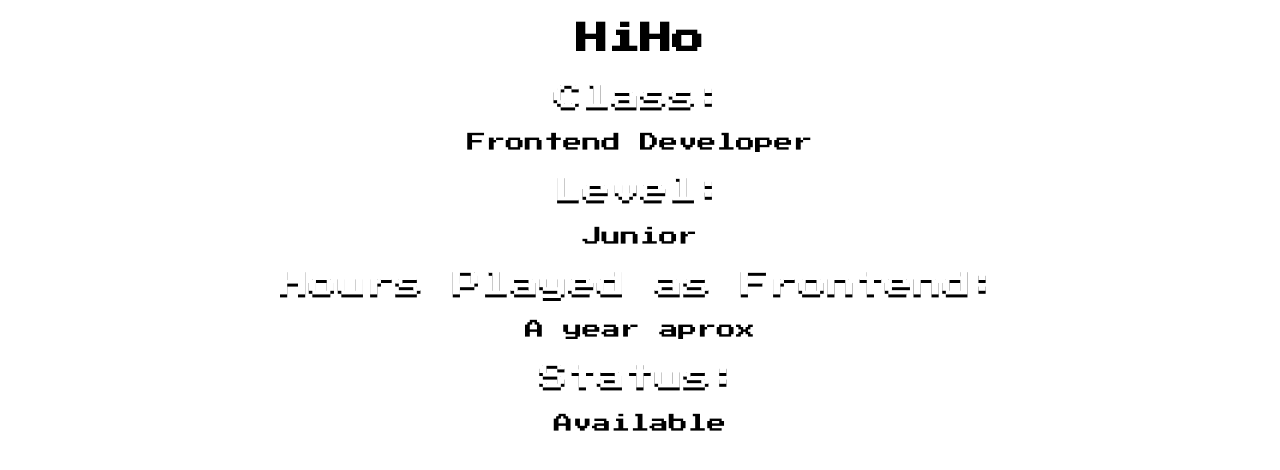
Repository: sernalab/soon
Page: index.html
The author's editor kept a copy of each file at every save. The page is drawn from the files as they stood at one save, then again after the next save.
The browser window is 1280 px wide. The pictures show the whole page.
Some web fonts or font styles are not loaded; a fallback is used.

Above is the page before, as saved 2018-12-24 01:50:19.

### index.html
<!DOCTYPE html>
<html lang="en">

<head>
    <meta charset="UTF-8">
    <meta name="viewport" content="width=device-width, initial-scale=1.0">
    <meta http-equiv="X-UA-Compatible" content="ie=edge">
    <title>Lulz</title>
    <link rel="stylesheet" href="css/styles.css">
    <link href="https://fonts.googleapis.com/css?family=Aldrich" rel="stylesheet">
    <link href="https://fonts.googleapis.com/css?family=Press+Start+2P" rel="stylesheet">

</head>

<body>
    <main>
        <h1>HiHo</h1>
        <span>Class:</span>
        <p> Frontend Developer</p>
        <span>Level:</span>
        <p>Junior</p>
        <span>Hours Played as Frontend:</span>
        <p>A year aprox</p>
        <span>Status:</span>
        <p>Available</p>
    </main>
</body>

<script>
    // google analitycs
</script>

</html>

### css/styles.css
/*! normalize.css v8.0.1 | MIT License | github.com/necolas/normalize.css */


/* Document
   ========================================================================== */


/**
 * 1. Correct the line height in all browsers.
 * 2. Prevent adjustments of font size after orientation changes in iOS.
 */

html {
    line-height: 1.15;
    /* 1 */
    -webkit-text-size-adjust: 100%;
    /* 2 */
}


/* Sections
   ========================================================================== */


/**
 * Remove the margin in all browsers.
 */

body {
    margin: 0;
}


/**
 * Render the `main` element consistently in IE.
 */

main {
    display: block;
}


/**
 * Correct the font size and margin on `h1` elements within `section` and
 * `article` contexts in Chrome, Firefox, and Safari.
 */

h1 {
    font-size: 2em;
    margin: 0.67em 0;
}


/* Grouping content
   ========================================================================== */


/**
 * 1. Add the correct box sizing in Firefox.
 * 2. Show the overflow in Edge and IE.
 */

hr {
    box-sizing: content-box;
    /* 1 */
    height: 0;
    /* 1 */
    overflow: visible;
    /* 2 */
}


/**
 * 1. Correct the inheritance and scaling of font size in all browsers.
 * 2. Correct the odd `em` font sizing in all browsers.
 */

pre {
    font-family: monospace, monospace;
    /* 1 */
    font-size: 1em;
    /* 2 */
}


/* Text-level semantics
   ========================================================================== */


/**
 * Remove the gray background on active links in IE 10.
 */

a {
    background-color: transparent;
}


/**
 * 1. Remove the bottom border in Chrome 57-
 * 2. Add the correct text decoration in Chrome, Edge, IE, Opera, and Safari.
 */

abbr[title] {
    border-bottom: none;
    /* 1 */
    text-decoration: underline;
    /* 2 */
    text-decoration: underline dotted;
    /* 2 */
}


/**
 * Add the correct font weight in Chrome, Edge, and Safari.
 */

b,
strong {
    font-weight: bolder;
}


/**
 * 1. Correct the inheritance and scaling of font size in all browsers.
 * 2. Correct the odd `em` font sizing in all browsers.
 */

code,
kbd,
samp {
    font-family: monospace, monospace;
    /* 1 */
    font-size: 1em;
    /* 2 */
}


/**
 * Add the correct font size in all browsers.
 */

small {
    font-size: 80%;
}


/**
 * Prevent `sub` and `sup` elements from affecting the line height in
 * all browsers.
 */

sub,
sup {
    font-size: 75%;
    line-height: 0;
    position: relative;
    vertical-align: baseline;
}

sub {
    bottom: -0.25em;
}

sup {
    top: -0.5em;
}


/* Embedded content
   ========================================================================== */


/**
 * Remove the border on images inside links in IE 10.
 */

img {
    border-style: none;
}


/* Forms
   ========================================================================== */


/**
 * 1. Change the font styles in all browsers.
 * 2. Remove the margin in Firefox and Safari.
 */

button,
input,
optgroup,
select,
textarea {
    font-family: inherit;
    /* 1 */
    font-size: 100%;
    /* 1 */
    line-height: 1.15;
    /* 1 */
    margin: 0;
    /* 2 */
}


/**
 * Show the overflow in IE.
 * 1. Show the overflow in Edge.
 */

button,
input {
    /* 1 */
    overflow: visible;
}


/**
 * Remove the inheritance of text transform in Edge, Firefox, and IE.
 * 1. Remove the inheritance of text transform in Firefox.
 */

button,
select {
    /* 1 */
    text-transform: none;
}


/**
 * Correct the inability to style clickable types in iOS and Safari.
 */

button,
[type="button"],
[type="reset"],
[type="submit"] {
    -webkit-appearance: button;
}


/**
 * Remove the inner border and padding in Firefox.
 */

button::-moz-focus-inner,
[type="button"]::-moz-focus-inner,
[type="reset"]::-moz-focus-inner,
[type="submit"]::-moz-focus-inner {
    border-style: none;
    padding: 0;
}


/**
 * Restore the focus styles unset by the previous rule.
 */

button:-moz-focusring,
[type="button"]:-moz-focusring,
[type="reset"]:-moz-focusring,
[type="submit"]:-moz-focusring {
    outline: 1px dotted ButtonText;
}


/**
 * Correct the padding in Firefox.
 */

fieldset {
    padding: 0.35em 0.75em 0.625em;
}


/**
 * 1. Correct the text wrapping in Edge and IE.
 * 2. Correct the color inheritance from `fieldset` elements in IE.
 * 3. Remove the padding so developers are not caught out when they zero out
 *    `fieldset` elements in all browsers.
 */

legend {
    box-sizing: border-box;
    /* 1 */
    color: inherit;
    /* 2 */
    display: table;
    /* 1 */
    max-width: 100%;
    /* 1 */
    padding: 0;
    /* 3 */
    white-space: normal;
    /* 1 */
}


/**
 * Add the correct vertical alignment in Chrome, Firefox, and Opera.
 */

progress {
    vertical-align: baseline;
}


/**
 * Remove the default vertical scrollbar in IE 10+.
 */

textarea {
    overflow: auto;
}


/**
 * 1. Add the correct box sizing in IE 10.
 * 2. Remove the padding in IE 10.
 */

[type="checkbox"],
[type="radio"] {
    box-sizing: border-box;
    /* 1 */
    padding: 0;
    /* 2 */
}


/**
 * Correct the cursor style of increment and decrement buttons in Chrome.
 */

[type="number"]::-webkit-inner-spin-button,
[type="number"]::-webkit-outer-spin-button {
    height: auto;
}


/**
 * 1. Correct the odd appearance in Chrome and Safari.
 * 2. Correct the outline style in Safari.
 */

[type="search"] {
    -webkit-appearance: textfield;
    /* 1 */
    outline-offset: -2px;
    /* 2 */
}


/**
 * Remove the inner padding in Chrome and Safari on macOS.
 */

[type="search"]::-webkit-search-decoration {
    -webkit-appearance: none;
}


/**
 * 1. Correct the inability to style clickable types in iOS and Safari.
 * 2. Change font properties to `inherit` in Safari.
 */

::-webkit-file-upload-button {
    -webkit-appearance: button;
    /* 1 */
    font: inherit;
    /* 2 */
}


/* Interactive
   ========================================================================== */


/*
 * Add the correct display in Edge, IE 10+, and Firefox.
 */

details {
    display: block;
}


/*
 * Add the correct display in all browsers.
 */

summary {
    display: list-item;
}


/* Misc
   ========================================================================== */


/**
 * Add the correct display in IE 10+.
 */

template {
    display: none;
}


/**
 * Add the correct display in IE 10.
 */

[hidden] {
    display: none;
}


/* custom css */

body {
    font-family: 'Press Start 2P';
    background: repeating-linear-gradient( #fff, #fff 10px, #000 10px, #000 10px);
}

main {
    display: flex;
    flex-direction: column;
    justify-content: baseline;
    align-items: center;
}

span {
    color: white;
    font-size: 1.8em;
    text-shadow: 0 .1em 0 #000;
}

p {
    font-size: 1.2em
}

After the next save:
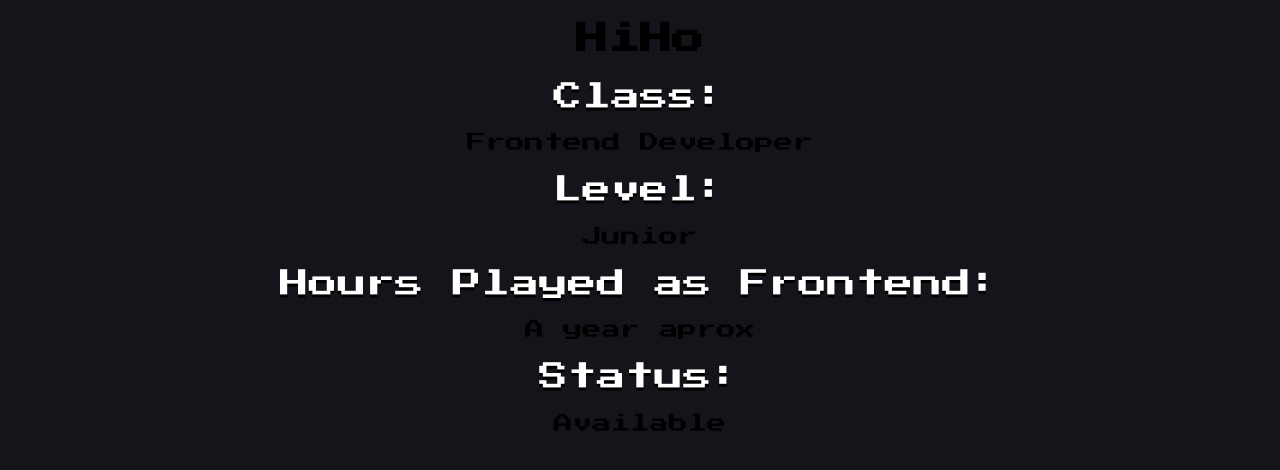
Saved 27 s later.
--- a/css/styles.css
+++ b/css/styles.css
@@ -423,7 +423,7 @@ template {
 
 body {
     font-family: 'Press Start 2P';
-    background: repeating-linear-gradient( #fff, #fff 10px, #000 10px, #000 10px);
+    background: repeating-linear-gradient(#14151b, #14151b 10px, #1d1e27 10px, #1d1e27 10px);
 }
 
 main {
